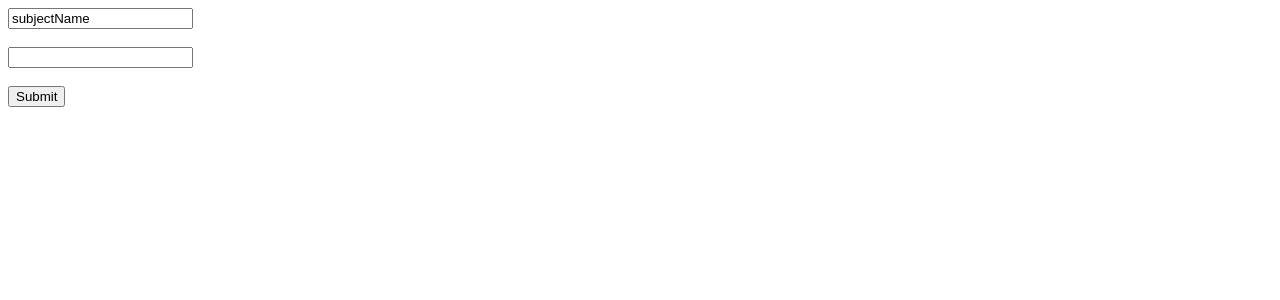
Repository: surajkumarsharma4/spring
Page: http://localhost/student-app-mvc/addsubject.jsp
An editor plug-in stored every save of this project. The page is shown before and after the next save, followed by the edit.
The browser window is 1280 px wide. The pictures show the whole page.
The page is served by Tomcat 9. Other server files are loaded and not shown.

Above is the page before, as saved 2024-04-22 02:47:44.

### student-app-mvc/src/main/webapp/addsubject.jsp
<%@ page language="java" contentType="text/html; charset=ISO-8859-1"
    pageEncoding="ISO-8859-1"%>
<!DOCTYPE html>
<html>
<head>
<meta charset="ISO-8859-1">
<title>Insert title here</title>
</head>
<body>
	<form  action="savesubject" method="post">
		<input type="text" value="subjectName"><br><br>
		<input type="number" value="marks"><br><br>
		<input type="submit">
	</form>
</body>
</html>

After the next save:
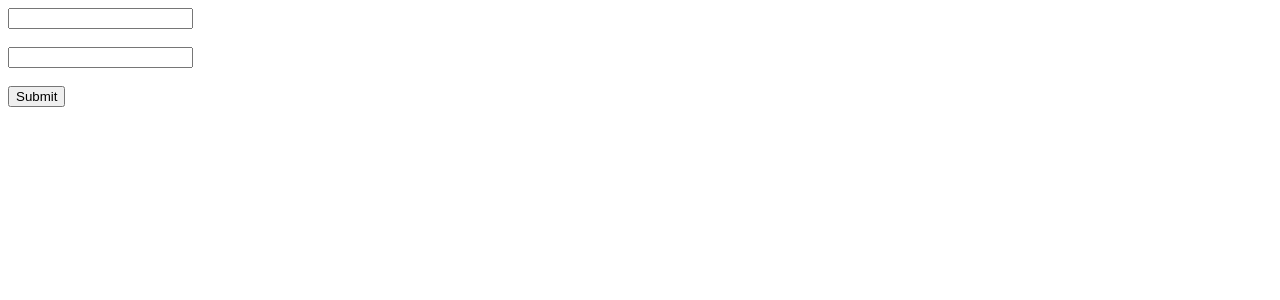
Saved 80 s later.
--- a/student-app-mvc/src/main/webapp/addsubject.jsp
+++ b/student-app-mvc/src/main/webapp/addsubject.jsp
@@ -8,8 +8,8 @@
 </head>
 <body>
 	<form  action="savesubject" method="post">
-		<input type="text" value="subjectName"><br><br>
-		<input type="number" value="marks"><br><br>
+		<input name="subjectName"><br><br>
+		<input name="marks"><br><br>
 		<input type="submit">
 	</form>
 </body>
